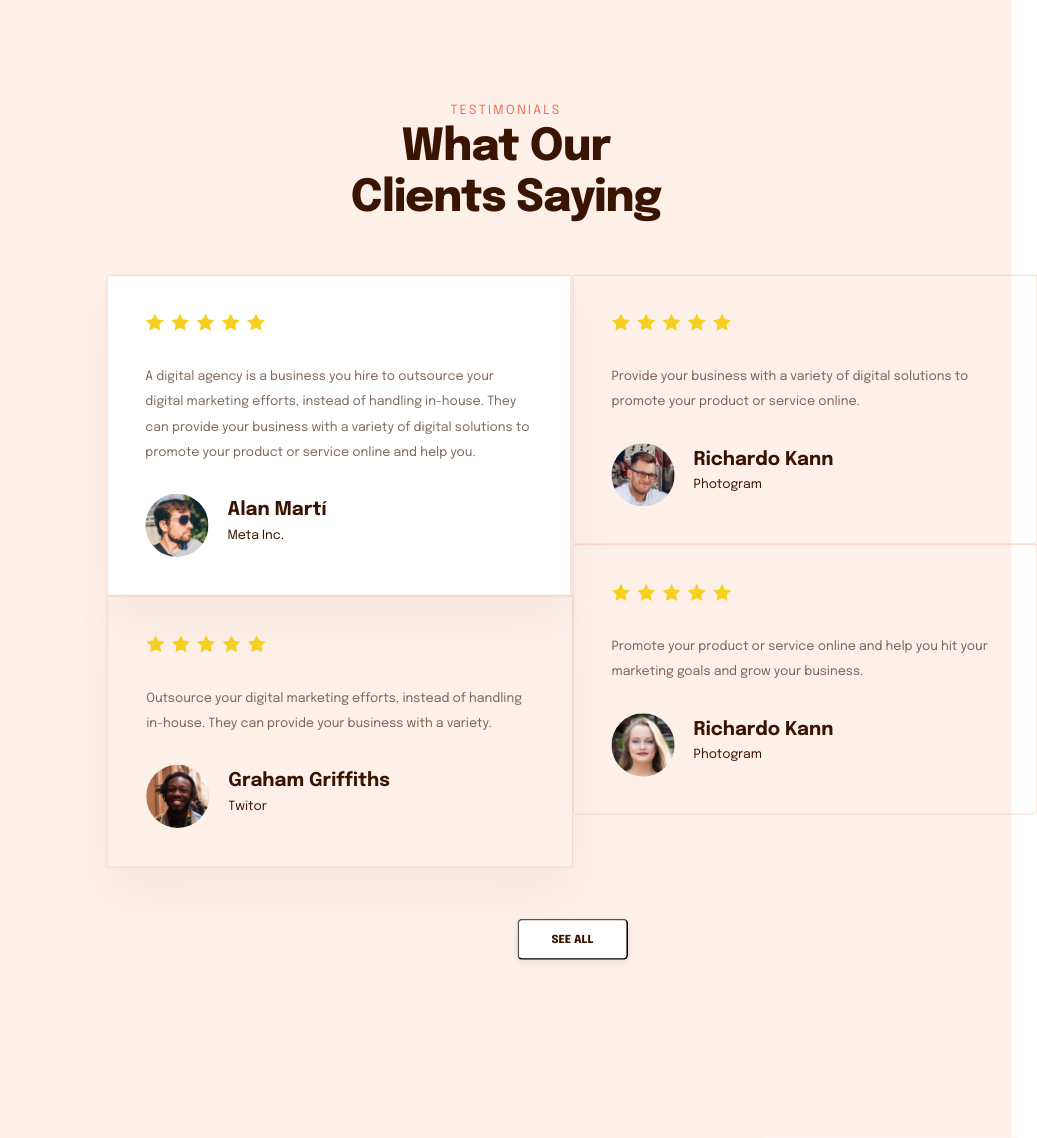
Repository: HeybetzadeQedim/task-6
Page: TESTIMONIALS/index.html
These files come from the project's save history. The page is drawn as it stood at one moment and after the next save; the edit follows.
The browser window is 1280 px wide. The page is 1313 px wide, then 1311 px, then 1313 px, so the pictures cover 1313 px, including what lies to the right of the window. The pictures show the whole page, at 79% of full size.

Above is the page before, as saved 2023-10-30 16:00:06.

### TESTIMONIALS/index.html
<!DOCTYPE html>
<html lang="en">
  <head>
    <meta charset="UTF-8" />
    <meta name="viewport" content="width=device-width, initial-scale=1.0" />
    <title>Document</title>
    <link rel="stylesheet" href="./index.css" />
  </head>
  <body>
    <div>
        <div class="main-container">
            <div class="text-container">
              <h5>Testimonials</h5>
              <h1>
                What Our<br />
                Clients Saying
              </h1>
            </div>

            <div class="box-container">
              <div class="left-container">
                <div class="box-1 box">
                  <img src="images/star.svg" />
                  <p class="text-1">
                    A digital agency is a business you hire to outsource your digital
                    marketing efforts, instead of handling in-house. They can provide
                    your business with a variety of digital solutions to promote your
                    product or service online and help you.
                  </p>
                  <div class="flex-container">
                    <img src="images/Oval (2).svg" />
                    <div class="text-2">
                      <h4>Alan Martí</h4>
                      <p>Meta Inc.</p>
                    </div>
                  </div>
                </div>
                <div>
                  <div class="box-2 box">
                    <img src="images/star.svg" />
                    <p class="text-1">
                      Outsource your digital marketing efforts, instead of handling
                      in-house. They can provide your business with a variety.
                    </p>
                    <div class="flex-container">
                      <img src="images/Oval (4).svg" />
                      <div class="text-2">
                        <h4>Graham Griffiths</h4>
                        <p>Twitor</p>
                      </div>
                    </div>
                  </div>
                </div>
              </div>

              <div class="right-container">
                <div class="box-3 box">
                  <img src="images/star.svg" />
                  <p class="text-1 box">
                    Provide your business with a variety of digital solutions to
                    promote your product or service online.
                  </p>
                  <div class="flex-container">
                    <img src="images/Oval (3).svg" />
                    <div class="text-2">
                      <h4>Richardo Kann</h4>
                      <p>Photogram</p>
                    </div>
                  </div>
                </div>

              <div class="box-4">
                  <img src="images/star.svg" />
                  <p class="text-1">
                    Promote your product or service online and help you hit your
                    marketing goals and grow your business.
                  </p>
                  <div class="flex-container">
                    <img src="images/Oval (5).svg" />
                    <div class="text-2">
                      <h4>Richardo Kann</h4>
                      <p>Photogram</p>
                    </div>
                  </div>
              </div>
            </div>

          </div>

          <button>See All</button>
    </div>

  </body>
</html>

### TESTIMONIALS/index.css
@import url("https://fonts.googleapis.com/css2?family=Epilogue:wght@400;700;800&display=swap");
* {
  padding: 0;
  margin: 0;
  box-sizing: border-box;
}
.main-container {
  padding: 124px 134px 108px 135px;
  background-color: #fdf0e9;
  min-height: 200vh;
}
.main-container .text-container h5 {
  color: var(--Text_Dark_Accent, #ef6d58);
  text-align: center;
  font-feature-settings: "clig" off, "liga" off;
  font-family: Epilogue;
  font-size: 16px;
  font-style: normal;
  font-weight: 400;
  line-height: 32px;
  letter-spacing: 3px;
  text-transform: uppercase;
}
.main-container .text-container h1 {
  color: var(--Text_Dark, #391400);
  text-align: center;
  font-feature-settings: "clig" off, "liga" off;
  font-family: Epilogue;
  font-size: 56px;
  font-style: normal;
  font-weight: 800;
  line-height: 64px;
  letter-spacing: -1px;
}
.box-container {
  margin-top: 64px;
  display: flex;
}
.box-1 {
  /* height: 400px; */
  padding: 48px;
  display: inline-block;
  border-radius: 6px 0px 0px 0px;
  border: 1px solid #f3d1bf;
  background: #fff;
  box-shadow: 0px 32px 64px 0px rgba(57, 20, 0, 0.04);
}
.box-contanier .box-1 img:first-child {
  width: 152px;
  height: 24px;
}
.text-1 {
  margin-top: 36px;
  margin-bottom: 36px;
  width: 490px;
  color: var(--Text_Dark_Gray, rgba(57, 20, 0, 0.64));
  font-feature-settings: "clig" off, "liga" off;
  font-family: Epilogue;
  font-size: 16px;
  font-style: normal;
  font-weight: 400;
  line-height: 32px;
}
.flex-container {
  display: flex;
}
.flex-container img {
  width: 80px;
  height: 80px;
}
.text-2 {
  margin-left: 24px;
  margin-top: 5px;
}
.text-2 h4 {
  color: var(--Text_Dark, #391400);
  font-feature-settings: "clig" off, "liga" off;
  font-family: Epilogue;
  font-size: 24px;
  font-style: normal;
  font-weight: 700;
  line-height: 32px;
}
.box-2 {

  padding: 49px ;
  border: 1px solid #f3d1bf;
  box-shadow: 0px 32px 64px 0px rgba(57, 20, 0, 0.04);
}
.flex-container .text-2 p {
  color: var(--Text_Dark, #391400);
  font-feature-settings: "clig" off, "liga" off;
  font-family: Epilogue;
  font-size: 16px;
  font-style: normal;
  font-weight: 400;
  line-height: 32px;
}
.box-3 {
  /* height: 336px; */
  padding: 48px 48px 47px 48px;
  border-radius: 0px 0px 6px 6px;
  border: 1px solid #f3d1bf;
}
.box-4 {
  /* height: 336px; */
  padding: 49px 48px 47px 48px;
  border-radius: 0px 0px 6px 6px;
  border: 1px solid #f3d1bf;
}
button {
  color: #391400;
  margin-left: 520px;
  margin-top: 65px;
  font-family: Epilogue;
  font-size: 14px;
  font-style: normal;
  font-weight: 900;
  line-height: normal;
  text-transform: uppercase;
  padding: 18px 42px 16px 41px;
  border-radius: 6px;
  background: #fff;
  box-shadow: 0px 3px 9px 0px rgba(57, 20, 0, 0.08);
}

After the next save:
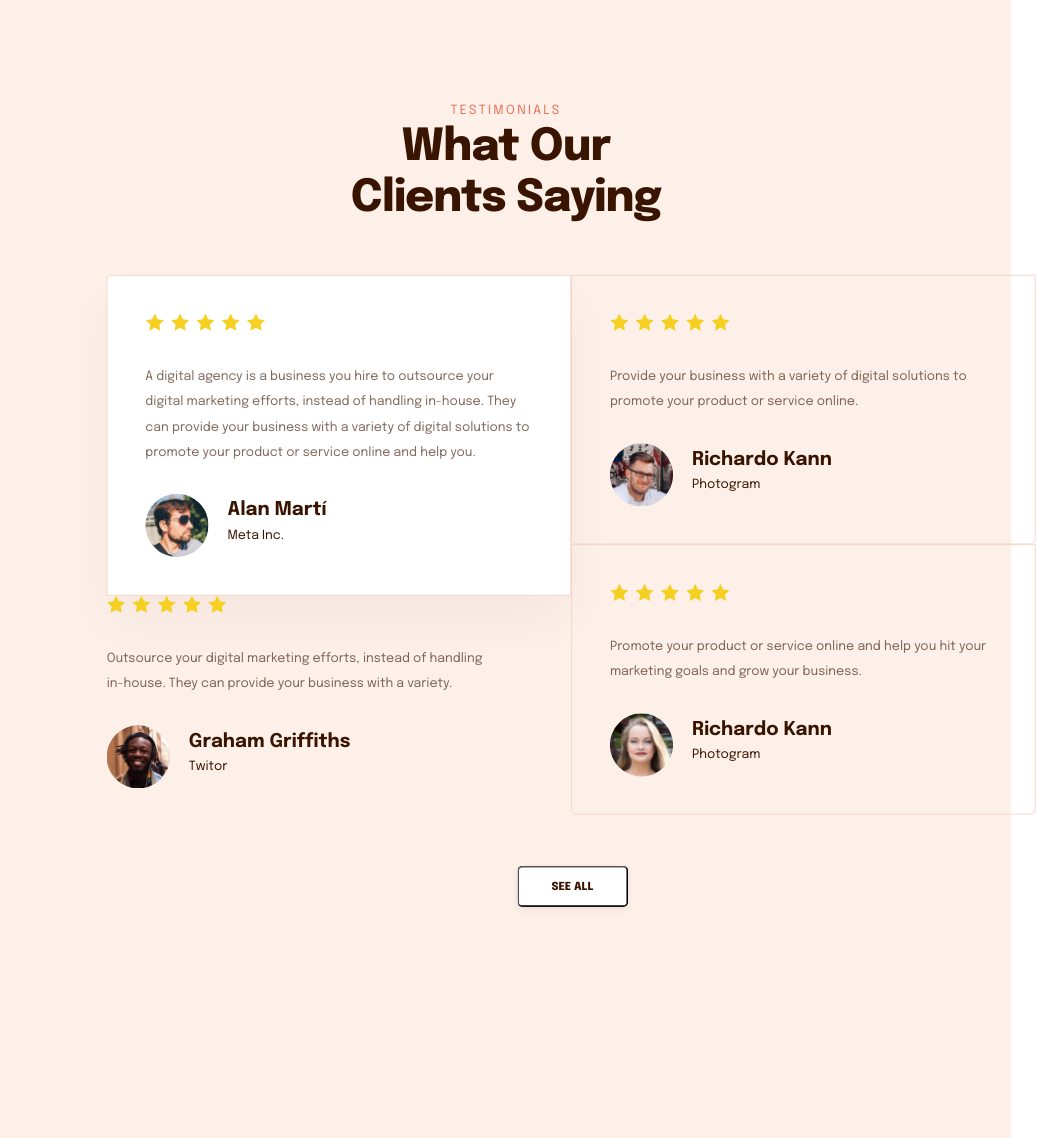
Saved 7 s later.
--- a/TESTIMONIALS/index.css
+++ b/TESTIMONIALS/index.css
@@ -81,6 +81,7 @@
   font-weight: 700;
   line-height: 32px;
 }
+.box
 .box-2 {
 
   padding: 49px ;

After the save that followed:
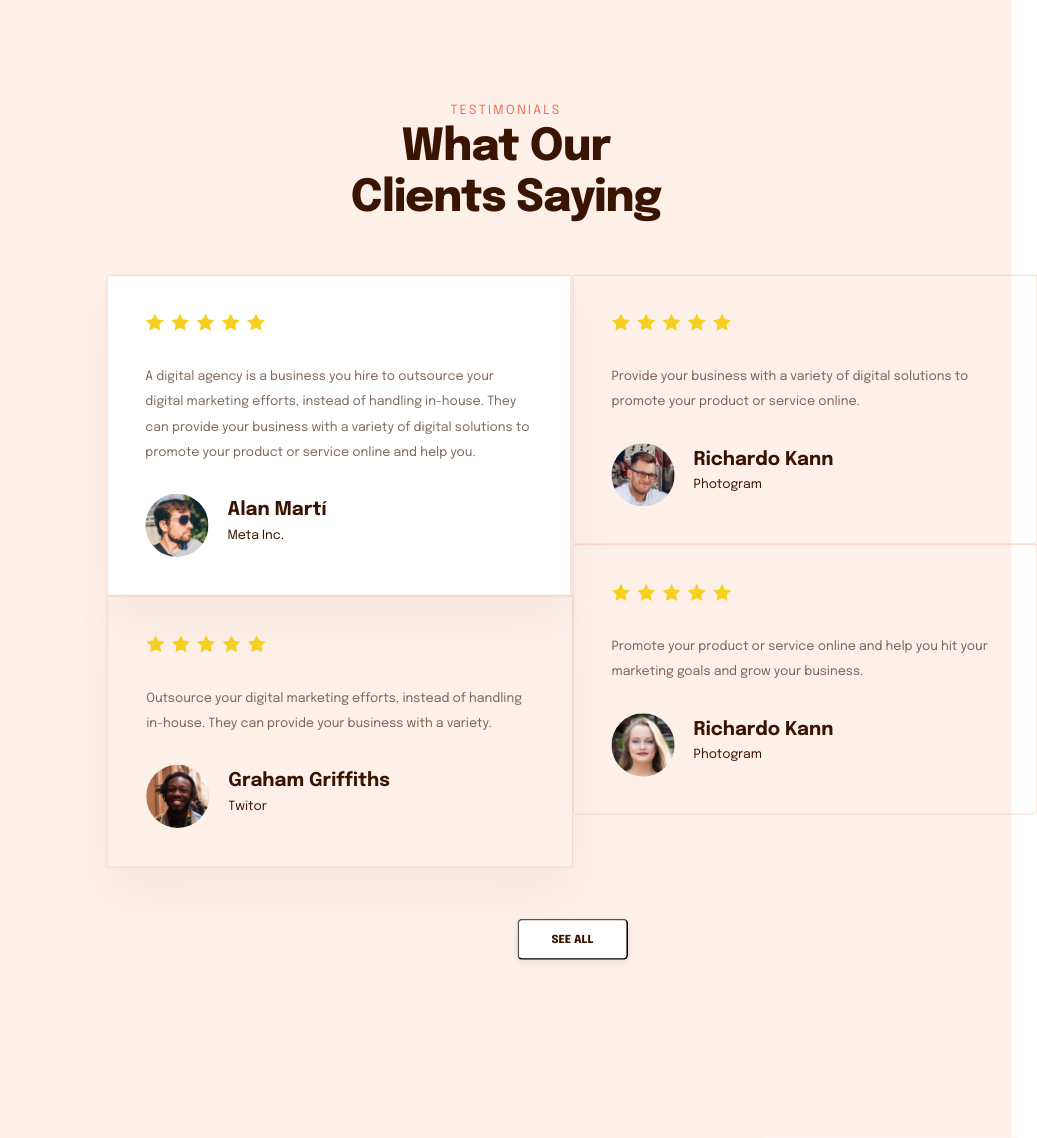
Saved 5 s later.
--- a/TESTIMONIALS/index.css
+++ b/TESTIMONIALS/index.css
@@ -81,7 +81,9 @@
   font-weight: 700;
   line-height: 32px;
 }
-.box
+.box{
+
+}
 .box-2 {
 
   padding: 49px ;
